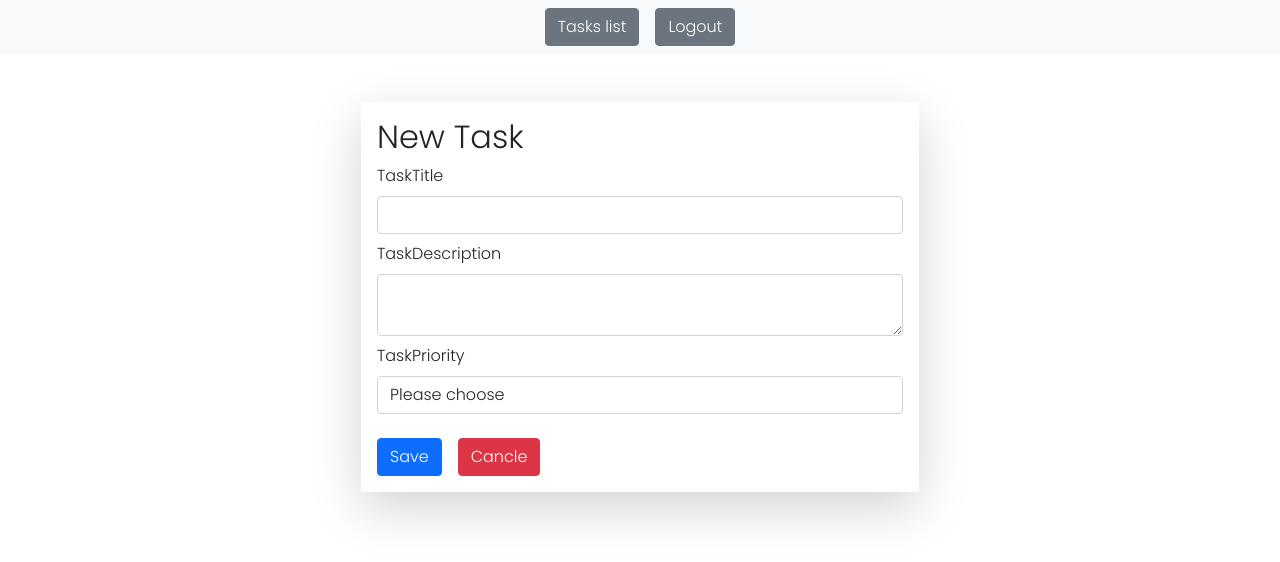
Repository: FS-23/react-task-manager
Page: /tasks/edit/0
An editor plug-in stored every save of this project. The page is shown before and after the next save, followed by the edit.
The browser window is 1280 px wide. The pictures show the whole page.
The project was rebuilt for these pictures with package versions that can differ from the ones it lists, and the page was loaded fresh each time. Also part of the build but not shown: src/components/Login.js, src/components/TaskList.js, src/components/TaskDetail.js.

Above is the page before, as saved 2022-05-16 12:51:47.

### public/index.html
<!DOCTYPE html>
<html lang="en">
  <head>
    <meta charset="utf-8" />
    <link rel="icon" href="%PUBLIC_URL%/favicon.ico" />
    <meta name="viewport" content="width=device-width, initial-scale=1" />
    <meta name="theme-color" content="#000000" />
    <meta  name="description" content="Web site created using create-react-app"/>
    <link rel="apple-touch-icon" href="%PUBLIC_URL%/logo192.png" />

    <link rel="manifest" href="%PUBLIC_URL%/manifest.json" />

    <title>React App</title>

    <!-- CSS only -->
   <link href="https://cdn.jsdelivr.net/npm/bootstrap@5.1.3/dist/css/bootstrap.min.css" rel="stylesheet" >
  </head>
  <body>
    <noscript>You need to enable JavaScript to run this app.</noscript>
    <div id="root"></div>

    <a href="#index"></a>

    <div id="index"></div>

    <!-- JavaScript Bundle with Popper -->
    <script src="https://cdn.jsdelivr.net/npm/bootstrap@5.1.3/dist/js/bootstrap.bundle.min.js"></script>
  </body>
</html>

### src/index.js
import React from 'react';
import ReactDOM from 'react-dom/client';
import './index.css';
import App from './App';
//import 'https://cdn.jsdelivr.net/npm/bootstrap@5.1.3/dist/css/bootstrap.min.css'

const root = ReactDOM.createRoot(document.getElementById('root'));
root.render(
  <React.StrictMode>
    <App />
  </React.StrictMode>
);

// If you want to start measuring performance in your app, pass a function
// to log results (for example: reportWebVitals(console.log))
// or send to an analytics endpoint. Learn more: https://bit.ly/CRA-vitals

### src/index.css

.login-bg {
     background-image: linear-gradient(160deg , red , blue);
}

@font-face {
  font-family: "Poppins";
  src: url(./font/Poppins-Light.ttf);
}

*{
   font-family:  "Poppins" , sans-serif;
}

### src/App.js

import Login from "./components/Login";
import TaskList from "./components/TaskList";
import AddTask from './components/AddTask'
import TaskDetail from "./components/TaskDetail";
import Layout from "./components/Layout";
import TaskLayout from "./components/TaskLayout";

import { BrowserRouter , Routes , Route, Link } from 'react-router-dom'


function App() {
  return (

    <BrowserRouter>
         <Routes>
              <Route path="/login" element={<Login />}></Route>
              <Route path="/" element={<Layout />}>
                   <Route  index element={<TaskList/>}></Route>
                   <Route  path="tasks" element={<TaskLayout/>}>
                      <Route index element = {<TaskList/>}></Route>
                      <Route path="list" element = {<TaskList/>}></Route>
                      <Route path=":id" element = {<TaskDetail/>}></Route>
                      <Route path="edit/:id" element = {<AddTask/>}></Route>
                   </Route>
              </Route>
              <Route path="*" element={
                (<div className="text-secondary text-center display-6 mt-3">
                  Ouuups ressource not found !!!!

                  <Link to="/" className="btn btn-primary ms-2"> Home </Link>
                </div>)
              }></Route>
         </Routes>

    </BrowserRouter>

  );
}




export default App;

### src/components/AddTask.js
import { useState } from "react";
import { Link } from 'react-router-dom'
import { db } from '../firebase-config'
import { collection , addDoc  } from 'firebase/firestore'
import { useNavigate } from 'react-router-dom'
function AddTask(){
    let taskRef = collection(db , 'tasks')
    let [inputs, setInputs] = useState({})
    let navigate = useNavigate()
    function handleOnChange(event) {
        let name = event.target.name
        let value = event.target.value
        setInputs(inputs=>({...inputs, [name] : value}))
    }
    async function handleOnSubmit (event) {
        event.preventDefault();
        console.log(inputs)
        inputs.completed = false
        let res = await addDoc(taskRef , inputs);
        console.log('res:', res)
        navigate('/tasks/list')
    }
    return(
        <div className="w-50 shadow-lg m-auto p-3">
            <h2>
                New Task
            </h2>
            <form onSubmit= {handleOnSubmit} >

               <div className="form-group mt-2">
                   <label className="form-label">TaskTitle</label>
                   <input className="form-control" type = "text" name="title" required onChange = {handleOnChange} />
               </div>

               <div className="form-group mt-2">
                   <label className="form-label">TaskDescription</label>
                   <textarea className="form-control" type = "text" name="description" required onChange = {handleOnChange}></textarea>

               </div>
               <div className="form-group mt-2">
                   <label className="form-label">TaskPriority</label>
                   <select className="form-control" name = "priority" required onChange = {handleOnChange}>
                       <option value= "">Please choose</option>
                       <option value= "low">low</option>
                       <option value= "medium">medium</option>
                       <option value= "high">high</option>
                   </select>
               </div>
               <div className="mt-4">
                   <button className="btn btn-primary">Save</button>
                   <Link to="/tasks/list" className="btn btn-danger ms-3">Cancle</Link>
               </div>
            </form>
        </div>
    )
}

export default AddTask

### src/components/Layout.js
import { Link, Outlet } from "react-router-dom";

function Layout(){
    return (
        <div>
            <div className="text-center bg-light p-2">
                <Link className="btn btn-secondary" to="/tasks/list">Tasks list</Link>
                <Link className="btn btn-secondary ms-3" to="/login">Logout</Link>
            </div>
            <div className="container mt-5">
               <Outlet />
            </div>
        </div>

    )
}

export default Layout

### src/components/TaskLayout.js
import { Outlet } from "react-router-dom";

function TaskLayout(){
    return (
        <div>
            <Outlet />
        </div>
    )
}

export default TaskLayout

### src/firebase-config.js
import { initializeApp } from "firebase/app";
import { getFirestore } from '@firebase/firestore'

const firebaseConfig = {
  apiKey: "AIzaSyD5rTrE9gHlZjhMAg4WTwj3vbyKvT4yrpo",
  authDomain: "fs-23-taskmanager.firebaseapp.com",
  projectId: "fs-23-taskmanager",
  storageBucket: "fs-23-taskmanager.appspot.com",
  messagingSenderId: "409848607226",
  appId: "1:409848607226:web:1000e7ce8565398a1c7443",
  measurementId: "G-2303C3SQ8G"
};

// Initialize Firebase
const app = initializeApp(firebaseConfig);

export const db = getFirestore(app)

After the next save:
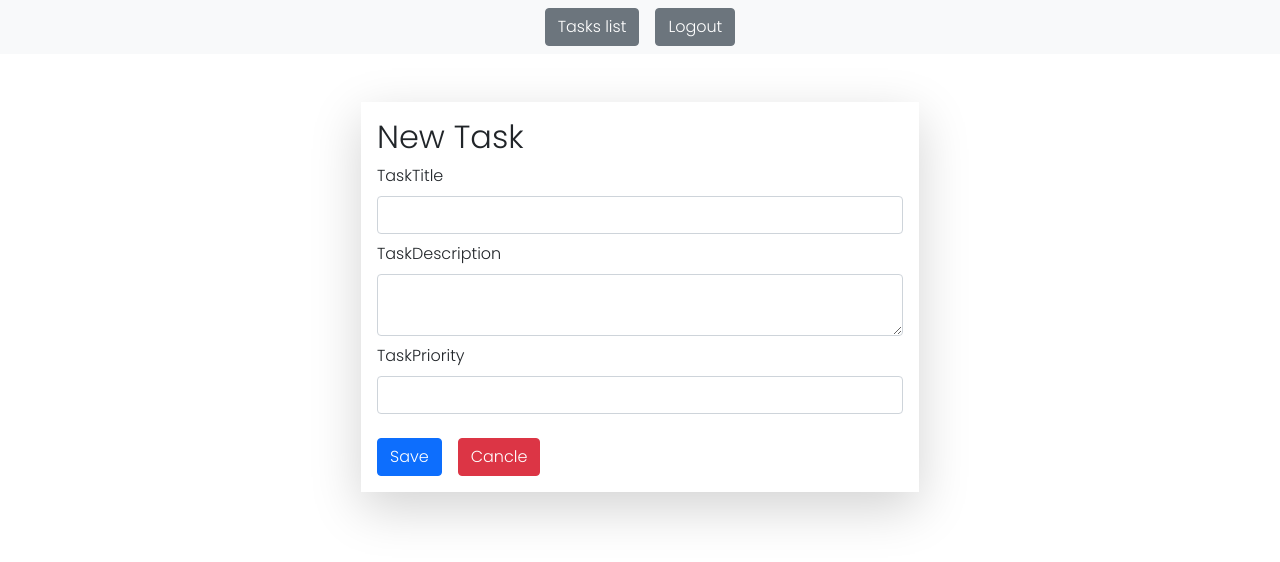
Saved 118 min 23 s later.
--- a/src/components/AddTask.js
+++ b/src/components/AddTask.js
@@ -34,16 +34,11 @@ function AddTask(){
 
                <div className="form-group mt-2">
                    <label className="form-label">TaskDescription</label>
-                   <textarea className="form-control" type = "text" name="description" required onChange = {handleOnChange}></textarea>
-
-               </div>
+                   <textarea className="form-control" type = "text" name="description" required onChange = {handleOnChange}></textarea>               </div>
                <div className="form-group mt-2">
                    <label className="form-label">TaskPriority</label>
                    <select className="form-control" name = "priority" required onChange = {handleOnChange}>
-                       <option value= "">Please choose</option>
-                       <option value= "low">low</option>
-                       <option value= "medium">medium</option>
-                       <option value= "high">high</option>
+
                    </select>
                </div>
                <div className="mt-4">
